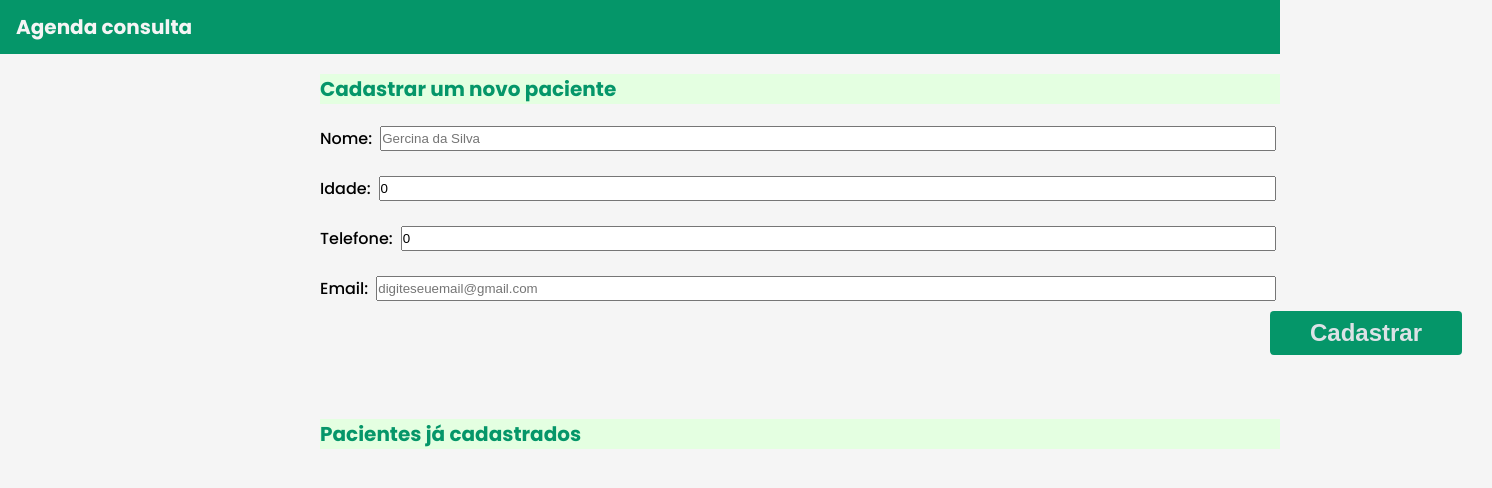
Repository: BarbaraCD/agendaconsulta
Page: /
An editor plug-in stored every save of this project. The page is shown before and after the next save, followed by the edit.
The browser window is 1280 px wide. The page is 1462 px wide, then 1492 px, so the pictures cover 1492 px, including what lies to the right of the window. The pictures show the whole page.
The page's requests for data from a server got no answer. The project was rebuilt for these pictures with package versions that can differ from the ones it lists, and the page was loaded fresh each time. No one was signed in, and anything a server would have sent is missing. Also part of the build but not shown: vite.config.ts, src/styles/StyleList.ts, src/components/Patients.tsx.

Above is the page before, as saved 2023-07-31 09:25:22.

### index.html
<!DOCTYPE html>
<html lang="en">
  <head>
    <meta charset="UTF-8" />
    <link rel="icon" type="image/svg+xml" href="/vite.svg" />
    <meta name="viewport" content="width=device-width, initial-scale=1.0" />

    <link rel="preconnect" href="https://fonts.googleapis.com">
    <link rel="preconnect" href="https://fonts.gstatic.com" crossorigin>
    <link href="https://fonts.googleapis.com/css2?family=Poppins:wght@400;500;700&display=swap" rel="stylesheet">

    <title>Agendamento de Consulta</title>
  </head>
  <body>
    <div id="root"></div>
    <script type="module" src="/src/main.tsx"></script>
  </body>
</html>

### src/main.tsx
import React from 'react'
import ReactDOM from 'react-dom/client'
import App from './App.tsx'
import { ThemeProvider } from 'styled-components'
import { theme } from './styles/Theme.ts'

ReactDOM.createRoot(document.getElementById('root')!).render(
  <React.StrictMode>
    <ThemeProvider theme={theme}>
      <App />
    </ThemeProvider>
  </React.StrictMode>,
)

### src/App.tsx
import './styles/global'
import { Header } from './components/Header'
import GlobalStyle from './styles/global'
import { CreatePatient } from './components/CreatePatient'

function App() {

  return (
    <>
      <GlobalStyle />
      <Header />
      {/* <Sidebar /> */}
      {/* <CreateDoctor/> */}
      <CreatePatient />

    </>
  )
}

export default App

### src/styles/Theme.ts

export const theme = {
  colors: {
    primary: '#059669',
    head: '#059669B3',
    900: '#6A8D73',
    800: '#AFC5A6',
    700: '#F4FDD9',
    100: '#E4FFE1',

    sbcolor: '#DCE2E6',
    gray: '#41414D',
    black: '#000',
    white: '#f5f5f5',
  },

  size: {
    sm: '14px',
    md: '16px',
    lg: '18px',
    xl: '20px',
    xxl: '24px'
  }
}

### src/styles/global.ts
import { createGlobalStyle } from 'styled-components'

export default createGlobalStyle`
  *{
    margin: 0;
    padding: 0;
    box-sizing: border-box;
  }
  body{
    font-family: 'Poppins', sans-serif;
    background: ${(props) => props.theme.colors.white};
    font-size: ${(props) => props.theme.size.xl};
  }
`

### src/components/Header.tsx
import { styled } from "styled-components"

const Container = styled.div`
  background-color: ${(props) => props.theme.colors.primary};
  padding: 12px 16px;
  color: ${(props) => props.theme.colors.white};
  font-weight: 700;
`

export function Header(){
  return (
    <Container>
      Agenda consulta
    </Container>
  )
}

### src/components/CreatePatient.tsx
import { useEffect, useState } from 'react'
import { Patients, PatientsProps } from './Patients'
import { createPatient, getPatient } from '../services/patient.services'
import { InputPatients } from './InputPatient'
import { SubmitButton } from './SubmitButton'
import { Container, Container2, Container3 }  from '../styles/CreateContainer'


export function CreatePatient(){

  const [patients, setPatients] = useState<PatientsProps[]>([])
  const [newPatient, setNewPatient] = useState<PatientsProps>({
    id: 0,
    name: '',
    age: 0,
    telephone: 0,
    email:''
  })

  useEffect(() => {
    fetchPatient().catch((error) => {
      console.error('Error fetching Patients:', error);
    });
  }, []);

  async function fetchPatient() {
    try {
      const response: PatientsProps[] = await getPatient();
      setPatients(response);
    } catch (error) {
      console.error('Error fetching Patients:', error);
    }
  }

  async function createNewPatient(){
    if(
      newPatient?.name.trim() !== '' &&
      typeof newPatient?.age === 'number' && newPatient?.age > 0 &&
      typeof newPatient?.telephone === 'number' && newPatient?.telephone > 0 &&
      newPatient?.email.trim() !== ''
      ){
        try {
          await createPatient(newPatient.name, newPatient.age, newPatient.telephone, newPatient.email);
          await fetchPatient();
            setNewPatient({
              id: 0,
              name: '',
              age: 0,
              telephone: 0,
              email: ''
            })
        console.log("Médico cadastrado com sucesso!")
        } catch(error){
          console.log("Erro ao cadastrar medico:", error)
        }
      } else {
        console.error("Por favor, preencha todos os campos corretamente.")
      }
  }

  return(
    <Container>
      <Container2>
      <h3>Cadastrar um novo paciente</h3>
        <InputPatients
          name={newPatient.name}
          age={newPatient.age}
          telephone={newPatient.telephone}
          email={newPatient.email}
          onNameChange={(value) => setNewPatient({ ...newPatient, name: value })}
          onAgeChange={(value) => setNewPatient({ ...newPatient, age: value })}
          onTelephoneChange={(value) => setNewPatient({ ...newPatient, telephone: value})}
          onEmailChange={(value) =>
            setNewPatient({ ...newPatient, email: value })
          }
        />

          <SubmitButton onClick={createNewPatient}/>
        </Container2>

        <Container3>
          <h3>Pacientes já cadastrados</h3>
          {patients.length > 0 && (
            patients.map((patients) => (
              <Patients
                id={patients.id}
                key={patients.id}
                name={patients.name}
                age={patients.age}
                telephone={patients.telephone}
                email={patients.email}
              />
            ))
          )}
        </Container3>

    </Container>
  )
}

### src/services/patient.services.ts
import axios from 'axios';
import { PatientsProps } from '../components/Patients'
import { api } from './ApiConfig'

export async function getPatient(): Promise<PatientsProps[]> {
  try {
    const response = await axios.get('http://localhost:3333/patient');
    // eslint-disable-next-line @typescript-eslint/no-unsafe-return
    return response.data;
  } catch (error) {
    throw new Error('Erro ao obter dados dos pacientes:');
  }
}

export async function createPatient(name: string, age: number, telephone: number, email: string){
  return api.post('/patient', {
    name,
    age,
    telephone,
    email,
  })
}

### src/components/InputPatient.tsx
import { InputContainer } from '../styles/InputContainer'

interface InputPatientsProps{
  name: string
  age: number
  telephone: number
  email: string
  onNameChange: (value: string) => void
  onAgeChange: (value: number) => void
  onTelephoneChange: (value: number) => void
  onEmailChange: (value: string) => void
}

export function InputPatients(props: InputPatientsProps) {
  return (
    <InputContainer>
        <label>
          <p>Nome:</p>
          <input
            type="text"
            name="nome"
            value={props.name}
            onChange={(event) => props.onNameChange(event.target.value)}
            placeholder='Gercina da Silva'
          />
        </label>
        <br />
        <label>
          <p>Idade:</p>
          <input
            type="text"
            name="idade"
            value={props.age}
            onChange={(event) => props.onAgeChange(Number(event.target.value))}
            placeholder='idade'
          />
        </label>
        <br />
        <label>
          <p>Telefone:</p>
          <input
            type="text"
            name="telefone"
            value={props.telephone}
            onChange={(event) => props.onTelephoneChange(Number(event.target.value))}
          />
        </label>
        <br />
        <label>
          <p>Email:</p>
          <input
            type="text"
            name="email"
            value={props.email}
            onChange={(event) => props.onEmailChange(event.target.value)}
            placeholder='digiteseuemail@gmail.com'
          />
        </label>
    </InputContainer>
  );
}

### src/components/SubmitButton.tsx
import { styled } from "styled-components"

interface SubmitButtonProps {
  onClick: () => void
}

const StyledButton = styled.button`
  padding: 8px;
  width: 15vw;
  margin-left: 950px;
  border-radius: 4px;
  color: ${(props) => props.theme.colors.sbcolor};
  border: none;
  background-color: ${(props) => props.theme.colors.primary};
  cursor: pointer;

  p{
    font-size: ${(props) => props.theme.size.xxl};
    font-weight: 700;
  }
`

export function SubmitButton({ onClick }: SubmitButtonProps) {
  return (
    <StyledButton onClick={onClick}>
      <p>
        Cadastrar
      </p>
    </StyledButton>
  )
}

### src/styles/CreateContainer.ts
import styled from "styled-components"

export const Container = styled.div`
  background-color: ${(props) => props.theme.colors.white};
  justify-content: start;
  align-items: center;
`

export const Container2 = styled.div`
  display: flex;
  flex-direction: column;
  margin-left: 320px;
  padding: 20px 0;

  h3{
    font-size: ${(props) => props.theme.size.xl};
    color: ${(props) => props.theme.colors.primary};
    background-color: ${(props) => props.theme.colors[100]};
    margin-bottom: 12px;
  }

`
export const Container3 = styled.div`
  margin-top: 24px;
  flex-direction: column;
  margin-left: 320px;
  padding: 20px 0;

  h3{
    font-size: ${(props) => props.theme.size.xl};
    color: ${(props) => props.theme.colors.primary};
    background-color: ${(props) => props.theme.colors[100]};
    margin-bottom: 12px;
  }
`

### src/services/ApiConfig.ts
import axios from "axios";

export const api = axios.create({
  baseURL: 'http://localhost:3333',
})

### src/styles/InputContainer.ts
import styled from "styled-components"

export const InputContainer = styled.div`

  color: ${(props) => props.theme.colors.black};
  font-size: ${(props) => props.theme.size.md};
  padding: 10px 0;

  h3 {
    background-color: ${(props) => props.theme.colors[100]};
    color: ${(props) => props.theme.colors.primary};
    margin-bottom: 10px;
  }

  label {
    display: flex;
    margin-right: 4px;
  }

  p{
    font-size: ${(props) => props.theme.size.md};
    font-weight: 500;
  }

  input {
    width: 80vw;
    margin-left: 8px;
  }
`

After the next save:
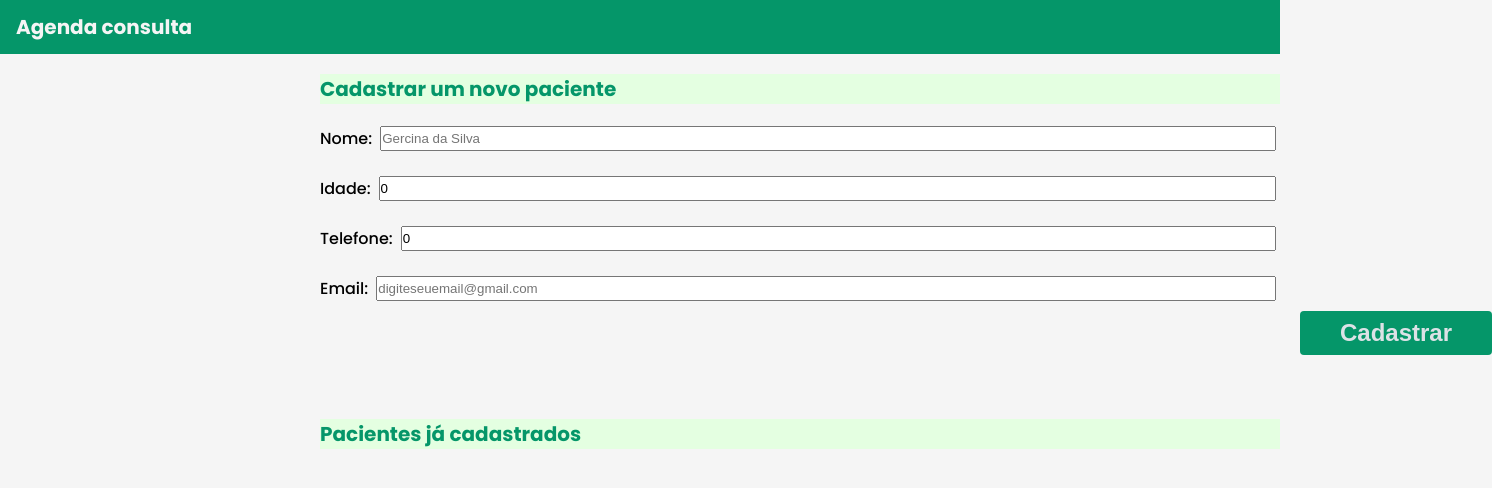
Saved 7 s later.
--- a/src/components/SubmitButton.tsx
+++ b/src/components/SubmitButton.tsx
@@ -7,7 +7,7 @@ interface SubmitButtonProps {
 const StyledButton = styled.button`
   padding: 8px;
   width: 15vw;
-  margin-left: 950px;
+  margin-left: 980px;
   border-radius: 4px;
   color: ${(props) => props.theme.colors.sbcolor};
   border: none;
